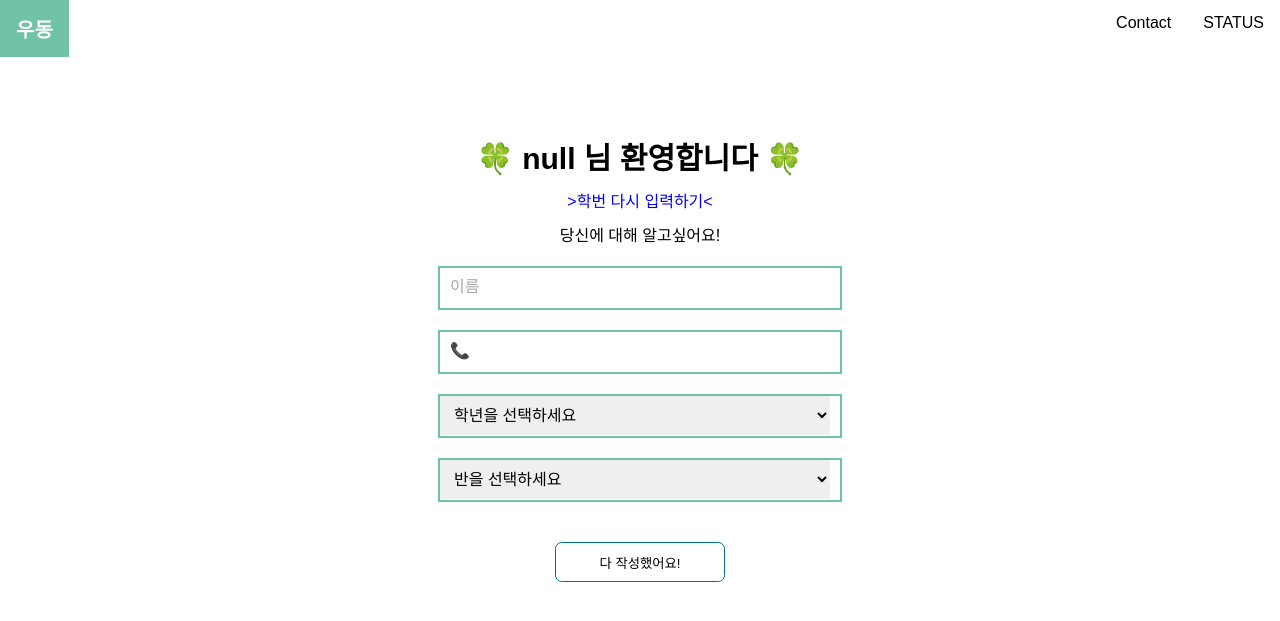
Repository: charmingjae/circles
Page: http://localhost/circles/root/login.jsp
An editor plug-in stored every save of this project. The page is shown before and after the next save, followed by the edit.
The browser window is 1280 px wide. The pictures show the whole page.
Some web fonts or font styles are not loaded; a fallback is used. The page is served by Tomcat 9. Other server files are loaded and not shown.

Above is the page before, as saved 2020-07-09 15:43:10.

### circles/WebContent/root/login.jsp
<%@ page language="java" contentType="text/html; charset=UTF-8"
    pageEncoding="UTF-8"%>
<!DOCTYPE html>
<html>
<head>
	<meta charset="UTF-8">
	<title>MOJUK</title>

	<!-- Link login.css -->
	<link href="../css/wrInfo.css" rel="stylesheet" type="text/css">

	<!-- Include js file -->
	<!-- <script type="text/javascript" src="../js/wrInfo.js"></script> -->
	<script>

	function inputPhoneNumber(obj) {
	    var number = obj.value.replace(/[^0-9]/g, "");
	    var phone = "";
	    if(number.length < 4) {
	        return number;
	    } else if(number.length < 7) {
	        phone += number.substr(0, 3);
	        phone += "-";
	        phone += number.substr(3);
	    } else if(number.length < 11) {
	        phone += number.substr(0, 3);
	        phone += "-";
	        phone += number.substr(3, 3);
	        phone += "-";
	        phone += number.substr(6);
	    } else {
	        phone += number.substr(0, 3);
	        phone += "-";
	        phone += number.substr(3, 4);
	        phone += "-";
	        phone += number.substr(7);
	    }
	    obj.value = phone;
	}
	</script>

</head>
<body>
	<%
		/*
		* 2020. 07. 09
		* memo : index.jsp에서 입력한 학번을 받는 변수 생성
		* 변수 명 : getStuNo
		* 타입 : String
		* writer : minjae
		*/
		String getStuNo = request.getParameter("inputStuNo");
	%>


	<!-- include header -->
	<%@include file ="../navbar/navbar.jsp" %>

	<!--
	2020. 07. 08.
	writer : minjae
	-->
	<form action="chkInterest.jsp" class="container" method="post" name="frmInfo">
		<div class="container">
			<span id="showWelcome"> 🍀 <%=getStuNo %> 님 환영합니다 🍀 </span>
			<span id="showRetIndex" onClick="javascript:location.href='index.jsp'" style="cursor:hand" onfocus="blur();"> >학번 다시 입력하기< </span>
			<span id="showEtc"> 당신에 대해 알고싶어요!</span>
			<div class="main">
				<input type="text" placeholder="이름">
			</div>
			<div class="main">
				<input type="text" onkeyup="inputPhoneNumber(this)" class="phoneNum" maxlength="13" placeholder="📞">
			</div>
			<div class="main">
				<select name=class>
					<option value="" disabled selected>학년을 선택하세요</option>
					<option value=1>1
					<option value=2>2
					<option value=3>3
				</select>
			</div>
			<div class="main">
				<select name=class>
					<option value="" disabled selected>반을 선택하세요</option>
					<option value="A">A
					<option value="B">B
					<option value="C">C
				</select>
			</div>

			<div class="subBtn">
				<button type="submit">다 작성했어요!</button>
			</div>
		</div>
	</form>

</body>
</html>

### circles/WebContent/navbar/navbar.jsp
<%@ page language="java" contentType="text/html; charset=UTF-8"
    pageEncoding="UTF-8"%>
<!DOCTYPE html>
<html>
<head>
<meta charset="UTF-8">
<title></title>

	<!-- Link navbar.css -->
	<link href="../css/navbar.css" rel="stylesheet" type="text/css">
</head>
	<%
		String getSession = (String)session.getAttribute("userID");
	%>
<body>
	<ul id="main-menu">
		<li class="headName" id="main-menu1"><a href="../root/index.jsp" class="headName">우동</a></li>
		<%
			if((getSession != null) && (getSession.isEmpty() == false)){
				%>
				<li style="float:right" id="main-menu2"><a class="active" href="../root/admPg.jsp"><%=getSession %>님 환영합니다.</a>
					<ul id="sub-menu">
						<li><a class="subAct" href="../mojuk/member.jsp">🍀동아리원🍀</a></li>
						<li><a class="subAct" href="../proc/logout.jsp">로그아웃</a></li>
					</ul>
				</li>
				<%
			}
			else{

				%>
				<li style="float:right"><a class="active" href="../root/status.jsp">STATUS</a></li>
				<%
			}
		%>
		<li style="float:right"><a class="active" href="../root/contact.jsp">Contact</a></li>
	</ul>
</body>
</html>

### circles/WebContent/css/wrInfo.css
@charset "UTF-8";

@import url(https://cdn.jsdelivr.net/gh/moonspam/NanumSquare@1.0/nanumsquare.css);

body {
    font-family: 'NanumSquare', sans-serif;
}


/* Chrome, iex, fire-fox Settings */
input:-ms-input-placeholder {color:#a8a8a8;}
input::-webkit-input-placeholder{color:#a8a8a8;}
input::-moz-placeholder{columns: #a8a8a8;}

/* Head Comment */
/* 나중에 px단위를 가변 단위로 바꿀 수 있으면 좋겠다. :-) */

html,body{
	height: 100%;
}

body{
	display:table-cell;
	margin: 0 auto;
	background-color: #ffffff;
}

/* .container{
	height: 100%;
	display: table-cell;
	vertical-align: middle;
	text-align:center;
	background-color: #ffffff;
} */

.container{
	position:absolute;
	left:50%;
	top:50%;
	transform: translate(-50%, -50%);
	vertical-align: middle;
	text-align:center;
}


/* 환영합니다 관련 css */
#showWelcome{
	font-size: 30px;
	font-weight: bold;
	display:block;
}


/* 학번 입력 div Settings */
div .main{
    height:40px;
    width: 400px;
    border: 2px solid #70c3a7;
    background: #ffffff;
    margin-top: 20px;
}

input{
	font-size: 16px;
	width: 375px;
	padding: 10px;
	border: 0px;
	outline: none;
	float: left;
}

option[value=""][disabled]{
	display:none;
}

select{
	font-size: 16px;
	width: 390px;
	padding: 10px;
	border: 0px;
	outline: none;
	float: left;
}



/* Button div Settings */

div .subBtn{
	display:inline-block;
    height:40px;
    width: 170px;
    background: #ffffff;
    margin-top: 40px;
   	border-radius: 0.5em;
}

button{
	width: 100%;
	height: 100%;
	border: 1px solid #00749f;
	background: #ffffff;
	outline: none;
	float: right;
	color: black;
	border-radius: 0.5em;
}

button:hover{
	color: #ffffff;
	background: #00749f;
}

#showEtc{
	margin-top:10px;
	display:block;
}

#showRetIndex{
	color: blue;
	margin-top:10px;
	display:block;
}

### circles/WebContent/css/navbar.css
@charset "UTF-8";

@import url(https://cdn.jsdelivr.net/gh/moonspam/NanumSquare@1.0/nanumsquare.css);

body {
    font-family: 'NanumSquare', sans-serif;
}

ul{
	width:100%;
	list-style-type: none;
	margin: 0;
	padding: 0;
	background-color: #ffffff;
	position:fixed;
}

li {
	float:none;
}

a {

  display: inline-block;
  color: black;
  text-align: center;
  padding: 14px 16px;
  text-decoration: none;
}

/* Change the link color to #111 (black) on hover */
a:hover {
  background-color: #70c3a7;
  color:#ffffff;
}

li .headName{
	font-weight: bold;
}

#sub-menu{
	position:absolute;
	opacity: 0;
	visibility: hidden;
}

#main-menu1{
	font-size: 20px;
}

#main-menu1, #main-menu2{
	float:left;
}

#main-menu2:hover #sub-menu{
	opacity:1;
	visibility:visible;
}
.subAct{
	width:130px !important;
}

### circles/WebContent/css/login.css
@charset "UTF-8";


@import url(https://cdn.jsdelivr.net/gh/moonspam/NanumSquare@1.0/nanumsquare.css);

body {
    font-family: 'NanumSquare', sans-serif;
}

/* Chrome, iex, fire-fox Settings */
input:-ms-input-placeholder {color:#a8a8a8;}
input::-webkit-input-placeholder{color:#a8a8a8;}
input::-moz-placeholder{columns: #a8a8a8;}

/* Head Comment */
/* 나중에 px단위를 가변 단위로 바꿀 수 있으면 좋겠다. :-) */

html,body{
	height: 100%;
}

body{
	display:table-cell;
	margin: 0 auto;
	background-color: #ffffff;
}

/* .container{
	height: 100%;
	display: table-cell;
	vertical-align: middle;
	text-align:center;
	background-color: #ffffff;
} */

.container{
	position:absolute;
	left:50%;
	top:50%;
	transform: translate(-50%, -50%);
	vertical-align: middle;
	text-align:center;
}


/* login 관련 css */
#showLogin{
	font-size: 60px;
	font-weight: bold;
	display:block;
}


/* 학번 입력 div Settings */
div .main{
    height:40px;
    width: 400px;
    border: 2px solid #70c3a7;
    background: #ffffff;
    margin-top: 20px;
}

input{
	font-size: 16px;
	width: 375px;
	padding: 10px;
	border: 0px;
	outline: none;
	float: left;
}

option[value=""][disabled]{
	display:none;
}

select{
	font-size: 16px;
	width: 390px;
	padding: 10px;
	border: 0px;
	outline: none;
	float: left;
}



/* Button div Settings */

div .subBtn{
	display:inline-block;
    height:40px;
    width: 170px;
    background: #ffffff;
    margin-top: 40px;
   	border-radius: 0.5em;
}

button{
	width: 100%;
	height: 100%;
	border: 1px solid #ff1999;
	background: #ffffff;
	outline: none;
	float: right;
	color: black;
	border-radius: 0.5em;
}

button:hover{
	color: #ffffff;
	background: #ff1999;
}

#showEtc{
	margin-top:10px;
	display:block;
}

#showRetIndex{
	color: blue;
	margin-top:10px;
	display:block;
}

After the next save:
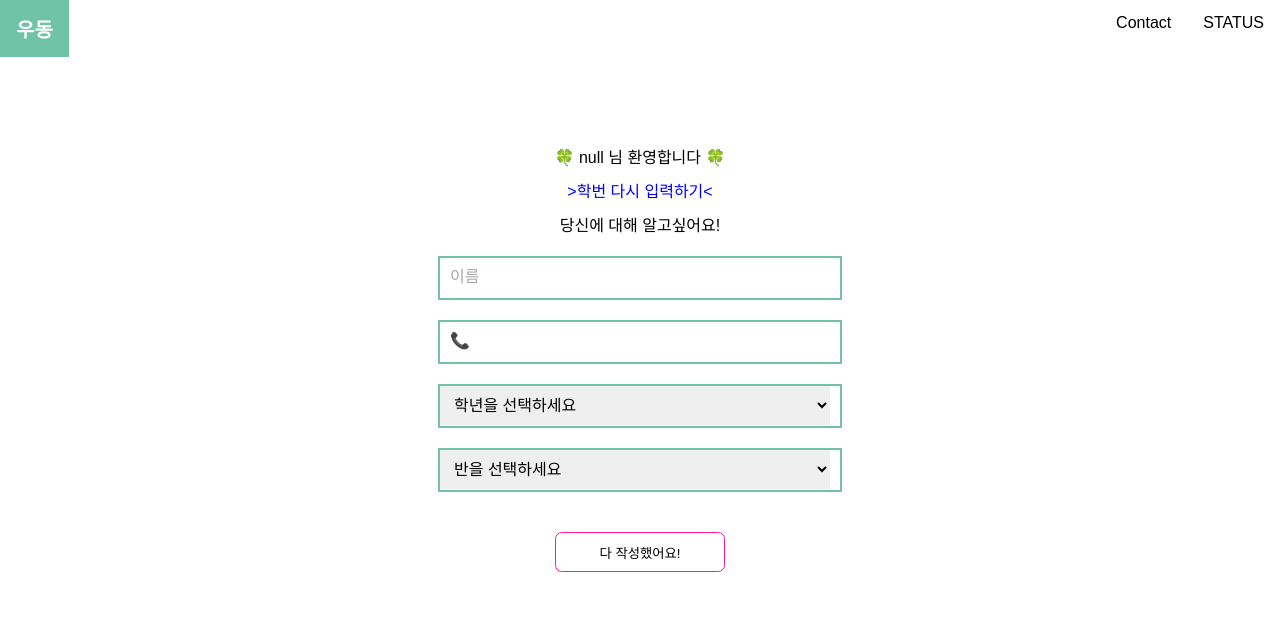
Saved 3 s later.
--- a/circles/WebContent/root/login.jsp
+++ b/circles/WebContent/root/login.jsp
@@ -7,7 +7,7 @@
 	<title>MOJUK</title>
 
 	<!-- Link login.css -->
-	<link href="../css/wrInfo.css" rel="stylesheet" type="text/css">
+	<link href="../css/login.css" rel="stylesheet" type="text/css">
 
 	<!-- Include js file -->
 	<!-- <script type="text/javascript" src="../js/wrInfo.js"></script> -->
